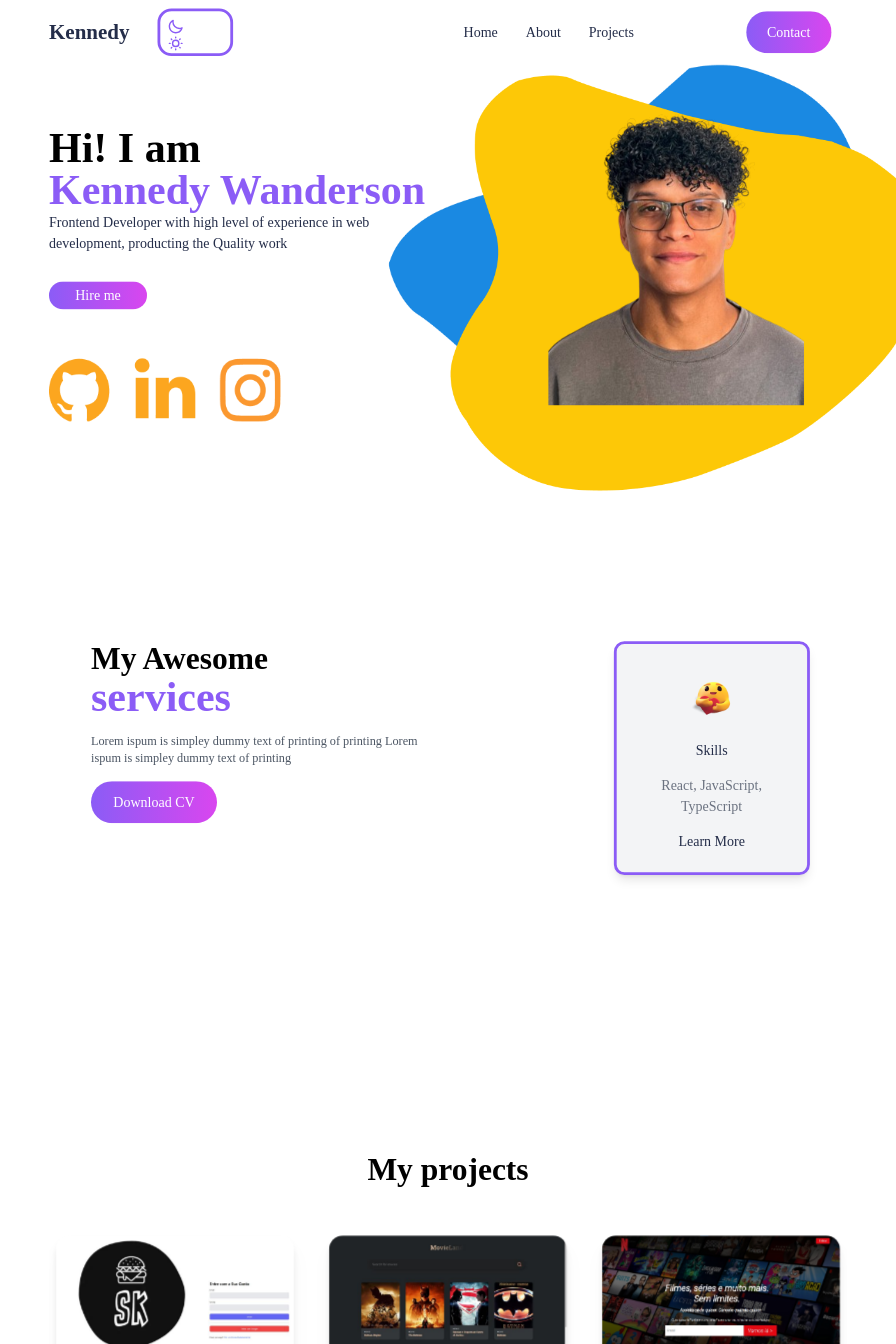
Repository: KennedyWanderson/portfolio
Page: /
These files come from the project's save history. The page is drawn as it stood at one moment and after a run of saves; the edit follows.
The browser window is 1280 px wide. The pictures show the part of the page from y = 0 to 1920 px (the page is 3202 px tall), at 70% of full size.
Some web fonts or font styles are not loaded; a fallback is used. The project was rebuilt for these pictures with package versions that can differ from the ones it lists, and the page was loaded fresh each time. Imported but missing from the stored project, and not drawn on this page: src/Components/Services/Kennedy_CV.pdf.

Above is the page before, as saved 2024-01-20 11:03:28.

### public/index.html
<!DOCTYPE html>
<html lang="en">
  <head>
    <meta charset="utf-8" />
    <link rel="icon" href="%PUBLIC_URL%/favicon.ico" />
    <meta name="viewport" content="width=device-width, initial-scale=1" />
    <meta name="theme-color" content="#000000" />
    <meta
      name="description"
      content="Web site created using create-react-app"
    />

    <style>
      @font-face{
        font-family: Gumela;
        src: url('../src/fonts/*');
      }

      *{
        font-family: 'Gumela';
        font-weight: normal;
        font-size: 20px;
      }
      body{
        margin: 0;
      }
    </style>
    <link rel="apple-touch-icon" href="%PUBLIC_URL%/logo192.png" />
    <!--
      manifest.json provides metadata used when your web app is installed on a
      user's mobile device or desktop. See https://developers.google.com/web/fundamentals/web-app-manifest/
    -->
    <link rel="manifest" href="%PUBLIC_URL%/manifest.json" />
    <!--
      Notice the use of %PUBLIC_URL% in the tags above.
      It will be replaced with the URL of the `public` folder during the build.
      Only files inside the `public` folder can be referenced from the HTML.

      Unlike "/favicon.ico" or "favicon.ico", "%PUBLIC_URL%/favicon.ico" will
      work correctly both with client-side routing and a non-root public URL.
      Learn how to configure a non-root public URL by running `npm run build`.
    -->
    <title>React App</title>
  </head>
  <body>
    <noscript>You need to enable JavaScript to run this app.</noscript>
    <div id="root"></div>
    <!--
      This HTML file is a template.
      If you open it directly in the browser, you will see an empty page.

      You can add webfonts, meta tags, or analytics to this file.
      The build step will place the bundled scripts into the <body> tag.

      To begin the development, run `npm start` or `yarn start`.
      To create a production bundle, use `npm run build` or `yarn build`.
    -->
  </body>
</html>

### src/index.css
@import 'tailwindcss/base';
@import 'tailwindcss/components';
@import 'tailwindcss/utilities';

:root
{
  --yellow: #F5C32C;
    --orange : #FCA61F;
    --black : #242D49;
    --gray : #788097;
    --blueCard : #DDF8FE;
    --purple: rgb(238 210 255);
    --boxShadow : 0px 19px 60px rgb(0 0 0 / 8%);
    --orangeCard: rgba(252, 166, 31, 0.45);
    --smboxShadow: -79px 51px 60px rgba(0, 0, 0, 0.08);
}

.App{
    overflow: hidden;
    color: var(--black);
}

### src/App.js
import logo from './logo.svg';
import './App.css';
import './index.css'
import Navbar from './Components/Navbar/Navbar';
import About from './Components/About/About';
import Services from './Components/Services/Services';
import Portfolio from './Components/Portfolio/Portfolio';
import Contact from './Components/Contact/Contact';
import Footer from './Components/Footer/Footer';

function App() {
  return (
    <>
    <div className="App">
      <Navbar />
      <About />
      <Services />
      <Portfolio />
      <Contact />
    </div>
      <Footer />

    </>
  );
}

export default App;

### src/App.css
@import 'tailwindcss/base';
@import 'tailwindcss/components';
@import 'tailwindcss/utilities';

:root
{
  --yellow: #F5C32C;
    --orange : #FCA61F;
    --black : #242D49;
    --gray : #788097;
    --blueCard : #DDF8FE;
    --purple: rgb(238 210 255);
    --boxShadow : 0px 19px 60px rgb(0 0 0 / 8%);
    --orangeCard: rgba(252, 166, 31, 0.45);
    --smboxShadow: -79px 51px 60px rgba(0, 0, 0, 0.08);
}

.App{
    padding: 0.5rem 3.5rem;
    overflow: hidden;
    color: var(--black);
}

.button{
  border-radius: 34px;
  border: none;
  color: white;
  font-size: 16px;
  padding: 10px;
}

### src/Components/Navbar/Navbar.jsx
import React from "react";
import Toggle from "../Toggle/Toggle";

const Navbar = () => {
    return(             //h-screen
        <div className="h-[10vh] flex justify-between">
            <div className="flex-1 flex items-center gap-8">
                <div className="text-2xl font-bold">Kennedy</div>
                <Toggle />
            </div>
            <div className="flex flex-1 items-center justify-center font-normal">
                <div className="flex-grow-10">
                    <ul className="flex gap-8 mr-32 hover:cursor-grab">
                        <li className="hover:text-orange-500">Home</li>
                        <li className="hover:text-orange-500">About</li>
                        <li className="hover:text-orange-500">Projects</li>
                    </ul>
                </div>
                <button className=" rounded-3xl	border-none	text-white text-base pt-3 p-3 pr-6 pl-6 bg-gradient-to-r from-violet-500 to-fuchsia-500
                hover:cursor-grab bg-white hover:text-orange-500
                ">Contact</button>
            </div>
        </div>
    )
}

export default Navbar;

### src/Components/About/About.jsx
import React from "react";
import Github from '../../img/github.png'
import Instagram from '../../img/instagram.png'
import Linkedin from '../../img/linkedin.png'
import Profile from '../../img/eu.png'
import './About.css'
import Vector1 from '../../img/Vector1.png'
import Vector2 from '../../img/Vector2.png'



const About = () => {
    return (
        <div className="flex h-[77vh] my-20">
            <div className="flex flex-col relative flex-1 gap-8">
                <div className="flex flex-col">
                    <span className="text-black font-bold text-5xl">Hi! I am</span>
                    <span className="text-violet-500 font-bold text-5xl">Kennedy Wanderson</span>
                    <span>Frontend Developer with high level of experience
                        in web development, producting the Quality work                   </span>
                </div>
                <button className="rounded-3xl	border-none	text-white text-base pt-3 p-3 pr-6 pl-6 bg-gradient-to-r from-violet-500 to-fuchsia-500
                hover:cursor-grab bg-white hover:text-orange-500 w-28 h-8 flex justify-center items-center">Hire me</button>
                <div className="mt-6 flex gap-7 hover:cursor-grab">
                    <a href="https://github.com/KennedyWanderson">
                        <img src={Github} alt="" />
                    </a>
                    <a href="https://www.linkedin.com/in/kennedy-wanderson/">
                        <img src={Linkedin} alt="" />
                    </a>
                    <a href="https://www.instagram.com/_dev.kennedy/">
                        <img src={Instagram} alt="" />
                    </a>
                </div>
            </div>
            <div className="i-right">
                <img src={Vector1} alt="" />
                <img src={Vector2} alt="" />
                <img src={Profile} alt="" />
            </div>
        </div>
    )
}

export default About;

### src/Components/Services/Services.jsx
import React from "react";
import HeartEmoji from '../../img/heartemoji.png'
import Glasses from '../../img/glassesimoji.png'
import Humble from '../../img/humble.png'
import Card from "../Card/Card";
import Resume from './Kennedy_CV.pdf'

const Services = () => {
    return (
        <div className="pt-0 pb-12 pr-3 pl-12 flex h-[90vh]  mt-36">
            <div className="flex flex-col relative">
                <span className="text-black text-4xl font-bold">My Awesome</span>
                <span className="text-violet-500 font-bold text-5xl">services</span>
                <spane className="text-gray-600 text-sm mt-4">Lorem ispum is simpley dummy text of printing of printing Lorem

                    <br />
                    ispum is simpley dummy text of printing
                </spane>
                <a href={Resume} download>
                    <button className="rounded-3xl	border-none	text-white text-base pt-3 p-3 pr-6 pl-6 bg-gradient-to-r from-violet-500 to-fuchsia-500
                    hover:cursor-grab bg-white hover:text-orange-500 w-36 mt-4">Download CV</button>
                </a>
            </div>
            <div className="relative">
                <div className="left-56 absolute">
                    <Card
                        emoji={HeartEmoji}
                        heading={'Skills'}
                        detail={'React, JavaScript, TypeScript'}
                    />
                </div>
            </div>
        </div>
    )
}

export default Services;

### src/Components/Portfolio/Portfolio.jsx
import React from "react";
import {Swiper, SwiperSlide} from 'swiper/react'
import 'swiper/css'
import Admin from '../../img/admin.jpeg'
import Movie from '../../img/movie.jpeg'
import Netflix from '../../img/netflix.jpeg'

const Portfolio = () => {
    return(
        <div className="flex flex-col items-center justify-center h-[70vh]">
            <span className="text-black font-bold text-4xl">My projects</span>


            <Swiper spaceBetween={30}
            slidesPerView={3}
            grabCursor={true}
            className="overflow-visible w-full mt-12">
                <SwiperSlide className="w-80 p-2">
                    <img className="w-72 drop-shadow-xl rounded-2xl"  src={Admin} alt="" />
                </SwiperSlide>
                <SwiperSlide className="w-80 p-2">
                    <img className="w-72 drop-shadow-xl rounded-2xl" src={Movie} alt="" />
                </SwiperSlide>
                <SwiperSlide className="w-80 p-2">
                    <img className="w-72 drop-shadow-xl rounded-2xl"  src={Netflix} alt="" />
                </SwiperSlide>
                <SwiperSlide className="w-80 p-2">
                    <img className="w-72 drop-shadow-xl rounded-2xl" src={Movie} alt="" />
                </SwiperSlide>
            </Swiper>
        </div>
    )
}

export default Portfolio;

### src/Components/Contact/Contact.jsx
import React, { useState } from "react";
import { useRef } from 'react';
import emailjs from '@emailjs/browser';

const Contact = () => {

  const form = useRef();

  const [done, setDone] = useState(false)

  const sendEmail = (e) => {
    e.preventDefault();

    emailjs.sendForm('service_nloztkk', 'template_w0nf8e5', form.current, 'l4pVECB3jFJ-edbZo')
      .then((result) => {
          console.log(result.text);
          setDone(true)
      }, (error) => {
          console.log(error.text);
      });
  };

    return(
        <div className="pt-0 pr-12 pb-0 pl-12 mt-16 flex h-[80vh]">
            <div>
                <div className="flex flex-col">
                    <span className="text-black font-bold text-4xl">Get in touch</span>
                    <span className="text-violet-500 font-bold text-5xl">Contact me</span>
                </div>
            </div>

            <div className="flex justify-center relative flex-1">
                <form ref={form} onSubmit={sendEmail} className="flex flex-col gap-8 items-center" action="">
                    <input type="text" name="user_name" className=" w-80 h-8 p-2 outline-none border-2 border-violet-500 rounded-lg text-base" placeholder="Name" />
                    <input type="email" name="user_email" className="w-80 h-8 p-2 outline-none border-2 border-violet-500 rounded-lg text-base" placeholder="Email" />
                    <textarea  name="message" className="h-16 w-80 p-2 outline-none border-2 border-violet-500 rounded-lg text-base" placeholder="Message" />
                    <input type="submit" value="Send" className="rounded-3xl border-none text-white text-base pt-3 p-3 pr-6 pl-6 bg-gradient-to-r from-violet-500 to-fuchsia-500
                    hover:cursor-grab bg-white hover:text-orange-500 w-32 mt-4" />
                    <span className="text-green-500 font-bold text-xl">{done && "Thanks for contacting me!"}</span>
                </form>
            </div>
        </div>
    )
}

export default Contact;

### src/Components/Footer/Footer.jsx
import React from "react";
import Wave from '../../img/wave.png'
import Insta from '@iconscout/react-unicons/icons/uil-instagram'
import Git from '@iconscout/react-unicons/icons/uil-github'
import Linkedin from '@iconscout/react-unicons/icons/uil-linkedin'

const Footer = () => {
    return(
        <div className="flex items-center mt-[-0.5rem] mb-[-3.5rem] relative">
            <img src={Wave} alt="" style={{width: '100%'}}/>
            <div className="flex flex-col items-center justify-center absolute w-full mt-16 gap-16 text-white">
                <span>devprogrammer.wiz@gmail.com</span>
                <div className="flex gap-8">
                    <Insta color='white' size='3rem' />
                    <Git color='white' size='3rem' />
                    <Linkedin color='white' size='3rem' />
                </div>
            </div>
        </div>
    )
}

export default Footer;

### src/Components/Toggle/Toggle.jsx
import React from "react";
import Sun from '@iconscout/react-unicons/icons/uil-sun'
import Moon from '@iconscout/react-unicons/icons/uil-moon'

const Toggle = () => {
    return (
        <div className="flex justify-between rounded-2xl border-4 border-violet-500 relative p-2 cursor-grab
         ">
            <div className="w-16 h-8 text-violet-500">
                <Moon />
                <Sun />
            </div>
            <div>

            </div>
        </div>
    )
}

export default Toggle;

### src/Components/About/About.css
.i-right{
    flex: 1;
    position: relative;
}

.i-right>*{
    position: absolute;
    z-index: 1;
}

.i-right>:nth-child(1){
    transform: scale(1.2);
    left: -5%;
    top: -9%;
}
    .i-right>:nth-child(2){
        top: -4.6%;
        transform: scale(1.2);
        left: 3rem;
    }
    .i-right>:nth-child(3){
    transform: scale(1.1);
    left: 28%;
}

### src/Components/Card/Card.jsx
import React from "react";
import '../../App.css'

const Card = ({emoji, heading, detail}) =>{
    return(
        <div className=" w-56 absolute flex flex-col gap-4 items-center w-40 text-center bg-gray-100
        rounded-xl border-4 border-violet-500 shadow-lg pt-0 pr-7 pb-6 pl-7">
            <img className="scale-50 mb-[-2rem]" src={emoji} alt="" />
            <span>{heading}</span>
            <span className="text-gray-500 text-base">{detail}</span>
            <button>Learn More</button>
        </div>
    )
}

export default Card;

Loaded but not shown: src/index.js (common file); src/reportWebVitals.js (common file); tailwind.config.js (common file)

After the next 2 saves:
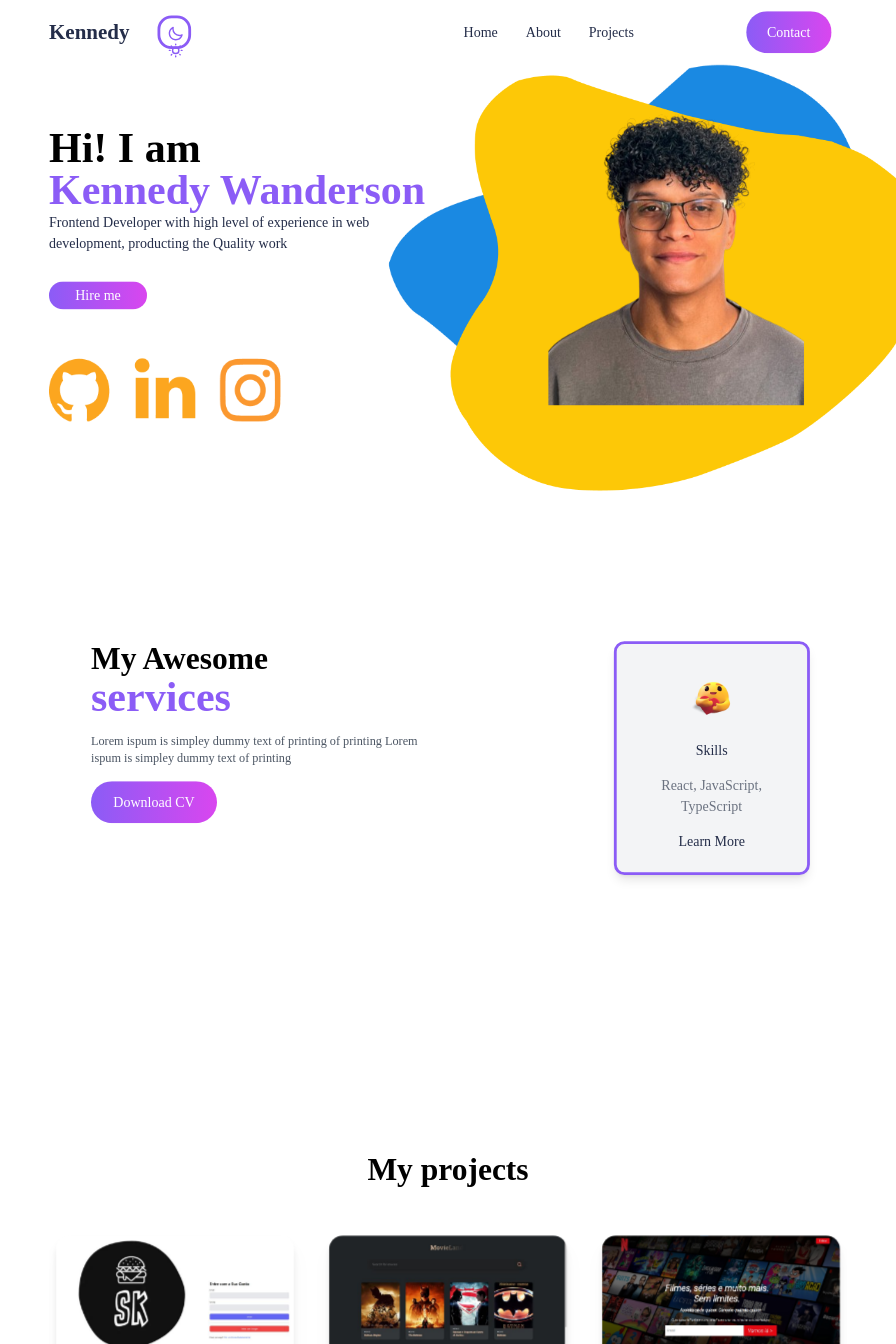
The 2 saves are shown as one change because they came seconds apart.
The last was saved 8 s later.
--- a/src/Components/Toggle/Toggle.jsx
+++ b/src/Components/Toggle/Toggle.jsx
@@ -6,7 +6,7 @@ const Toggle = () => {
     return (
         <div className="flex justify-between rounded-2xl border-4 border-violet-500 relative p-2 cursor-grab
          ">
-            <div className="w-16 h-8 text-violet-500">
+            <div className="w-4 h-4 text-violet-500">
                 <Moon />
                 <Sun />
             </div>
